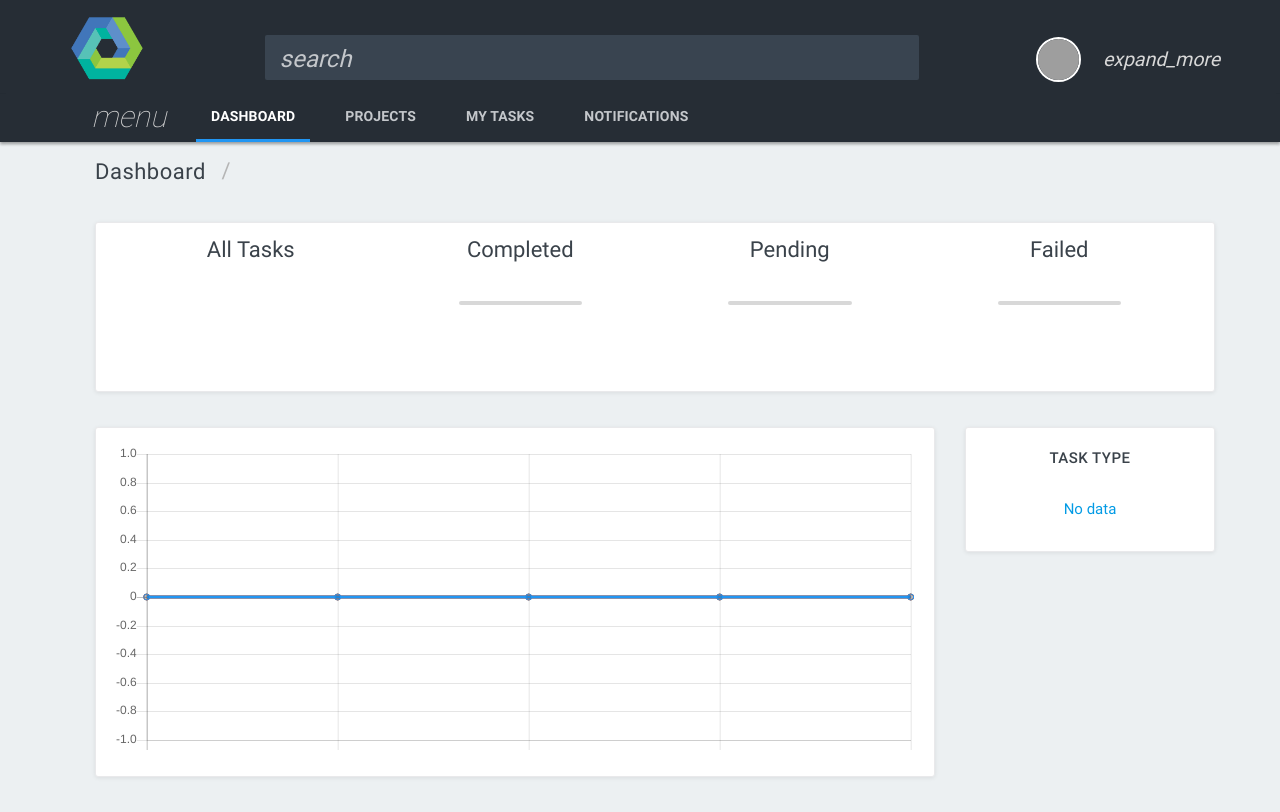
Repository: RenanChagas/ProjectManagement
Page: http://localhost/finalproject/WEB-INF/views/dashboard.jsp
The author's editor kept a copy of each file at every save. The page is drawn from the files as they stood at one save, then again after the next save.
The browser window is 1280 px wide. The pictures show the whole page.
Pictures or frames that could not be fetched are drawn as grey boxes. The page is served by Tomcat 9. Nobody is signed in. The template is opened directly, without the code that normally fills it, so the values that code supplies are empty.

Above is the page before, as saved 2017-12-01 14:24:48.
Console error: TypeError: Cannot read properties of null (reading 'length')

After the next save:
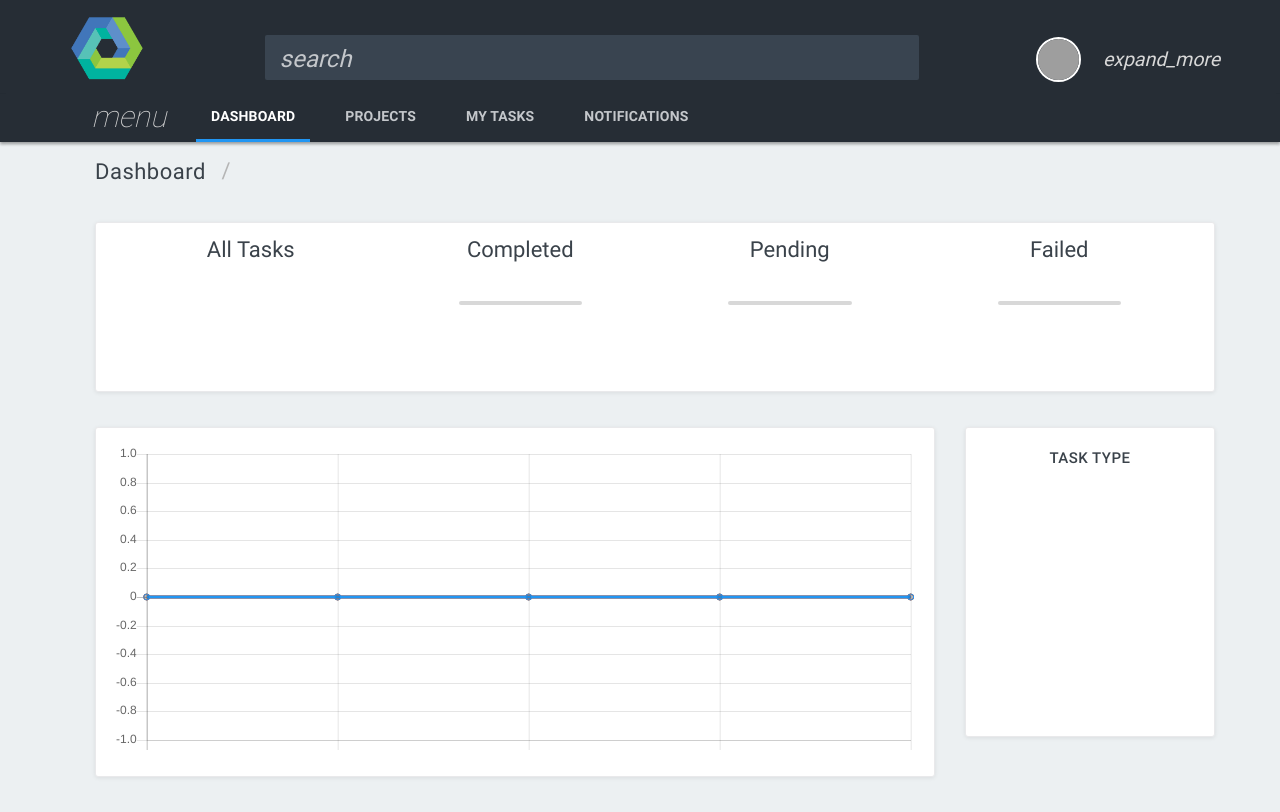
The error is gone.
Saved 35 s later.
--- a/finalproject/src/main/webapp/WEB-INF/views/dashboard.jsp
+++ b/finalproject/src/main/webapp/WEB-INF/views/dashboard.jsp
@@ -347,7 +347,7 @@
           <a href="#">
             <div class="row center MDC-margin-top20">
               <div class="MDC-margin-right20 MDC-margin-left20">
-                  No data
+                  <canvas class="MDC-margin-top20 center" id="chartjs-doughnut" width="10" height="10"></canvas>
               </div>
               <script type="text/javascript">
               new Chart(document.getElementById("chartjs-doughnut"), {
